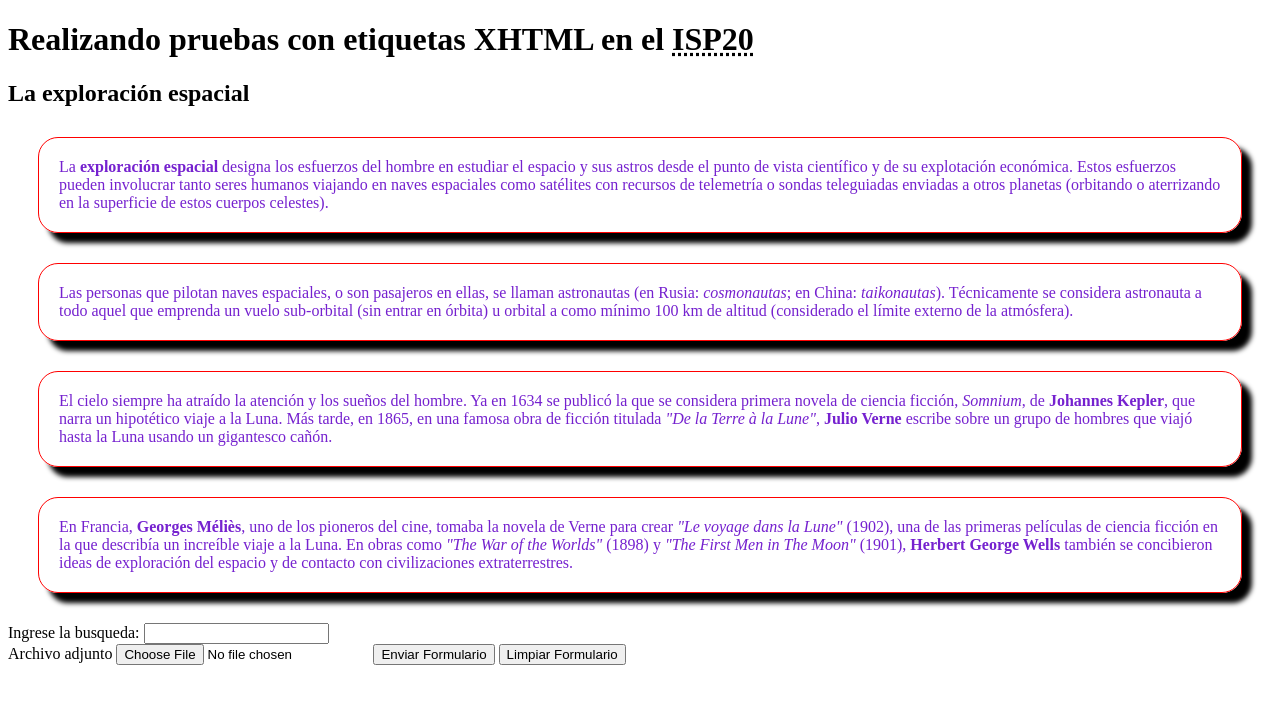
Repository: aleramirezsj/inv-aplicada-isp20
Page: pruebas_html5/pruebas_con_parrafos_y_textos.html
The author's editor kept a copy of each file at every save. The page is drawn from the files as they stood at one save, then again after the next save.
The browser window is 1280 px wide. The pictures show the whole page.

Above is the page before, as saved 2013-06-24 23:53:25.

### pruebas_html5/pruebas_con_parrafos_y_textos.html
<!DOCTYPE html PUBLIC "-//W3C//DTD XHTML 1.0 Strict//EN" "http://www.w3.org/TR/xhtml1/DTD/xhtml1-strict.dtd">
<html xmlns="http://www.w3.org/1999/xhtml" lang="es" xml:lang="es">

<head>
	<meta http-equiv="Content-Type" content="text/html; charset=UTF-8" />
	<title>La exploración espacial</title>
	<style type="text/css">
		p { border: 1px solid red;
			color:#7521CF;
			border-radius: 20px;
			margin:30px;
			padding: 20px;
			box-shadow: 10px 10px 5px #000; }
	</style>
</head>

<body>

	<h1>Realizando pruebas con etiquetas XHTML en el <acronym title="Instituto Superior de Profesorado Nº 20">ISP20</acronym></h1>

	<h2>La exploración espacial</h2>

	<p>La <strong>exploración espacial</strong> designa los esfuerzos del hombre en estudiar el espacio y sus astros desde el punto de vista científico y de su explotación económica. Estos esfuerzos pueden involucrar tanto seres humanos viajando en naves espaciales como satélites con recursos de telemetría o sondas teleguiadas enviadas a otros planetas (orbitando o aterrizando en la superficie de estos cuerpos celestes).</p>

	<p>Las personas que pilotan naves espaciales, o son pasajeros en ellas, se llaman astronautas (en Rusia: <em>cosmonautas</em>; en China: <em>taikonautas</em>). Técnicamente se considera astronauta a todo aquel que emprenda un vuelo sub-orbital (sin entrar en órbita) u orbital a como mínimo 100 km de altitud (considerado el límite externo de la atmósfera).</p>

	<p>El cielo siempre ha atraído la atención y los sueños del hombre. Ya en 1634 se publicó la que se considera primera novela de ciencia ficción, <em>Somnium</em>, de <strong>Johannes Kepler</strong>, que narra un hipotético viaje a la Luna. Más tarde, en 1865, en una famosa obra de ficción titulada <em>"De la Terre à la Lune"</em>, <strong>Julio Verne</strong> escribe sobre un grupo de hombres que viajó hasta la Luna usando un gigantesco cañón.</p>

	<p>En Francia, <strong>Georges Méliès</strong>, uno de los pioneros del cine, tomaba la novela de Verne para crear <em>"Le voyage dans la Lune"</em> (1902), una de las primeras películas de ciencia ficción en la que describía un increíble viaje a la Luna. En obras como <em>"The War of the Worlds"</em> (1898) y <em>"The First Men in The Moon"</em> (1901), <strong>Herbert George Wells</strong> también se concibieron ideas de exploración del espacio y de contacto con civilizaciones extraterrestres.</p>

	 <form action="https://www.google.com.ar/search" method="get">
	 	<label for="busqueda">Ingrese la busqueda:</label>
	 	<input type="text" id="q" name="q" />
	 	<br />
	 	<label for="adjunto">Archivo adjunto</label>
	 	<input type="file" id="adjunto" name="adjunto" />
	 	<input type="submit" id="cmdenviar" name="cmdenviar" value="Enviar Formulario" />
	 	<input type="reset" id="cmdlimpiar" name="cmdlimpiar" value="Limpiar Formulario" />
	 </form>

</body>

</html>

After the next save:
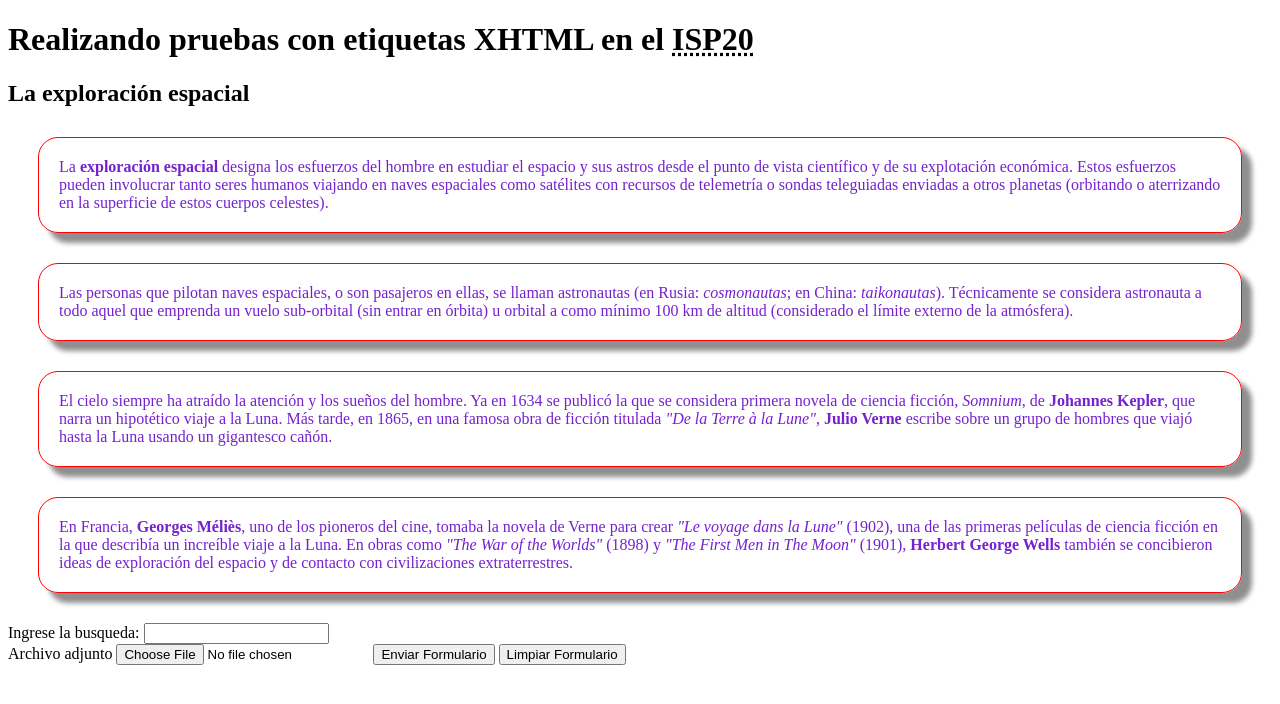
Saved 3 min 48 s later.
--- a/pruebas_html5/pruebas_con_parrafos_y_textos.html
+++ b/pruebas_html5/pruebas_con_parrafos_y_textos.html
@@ -10,7 +10,7 @@
 			border-radius: 20px;
 			margin:30px;
 			padding: 20px;
-			box-shadow: 10px 10px 5px #000; }
+			box-shadow: 10px 10px 5px rgb(143, 143, 143); }
 	</style>
 </head>
 
